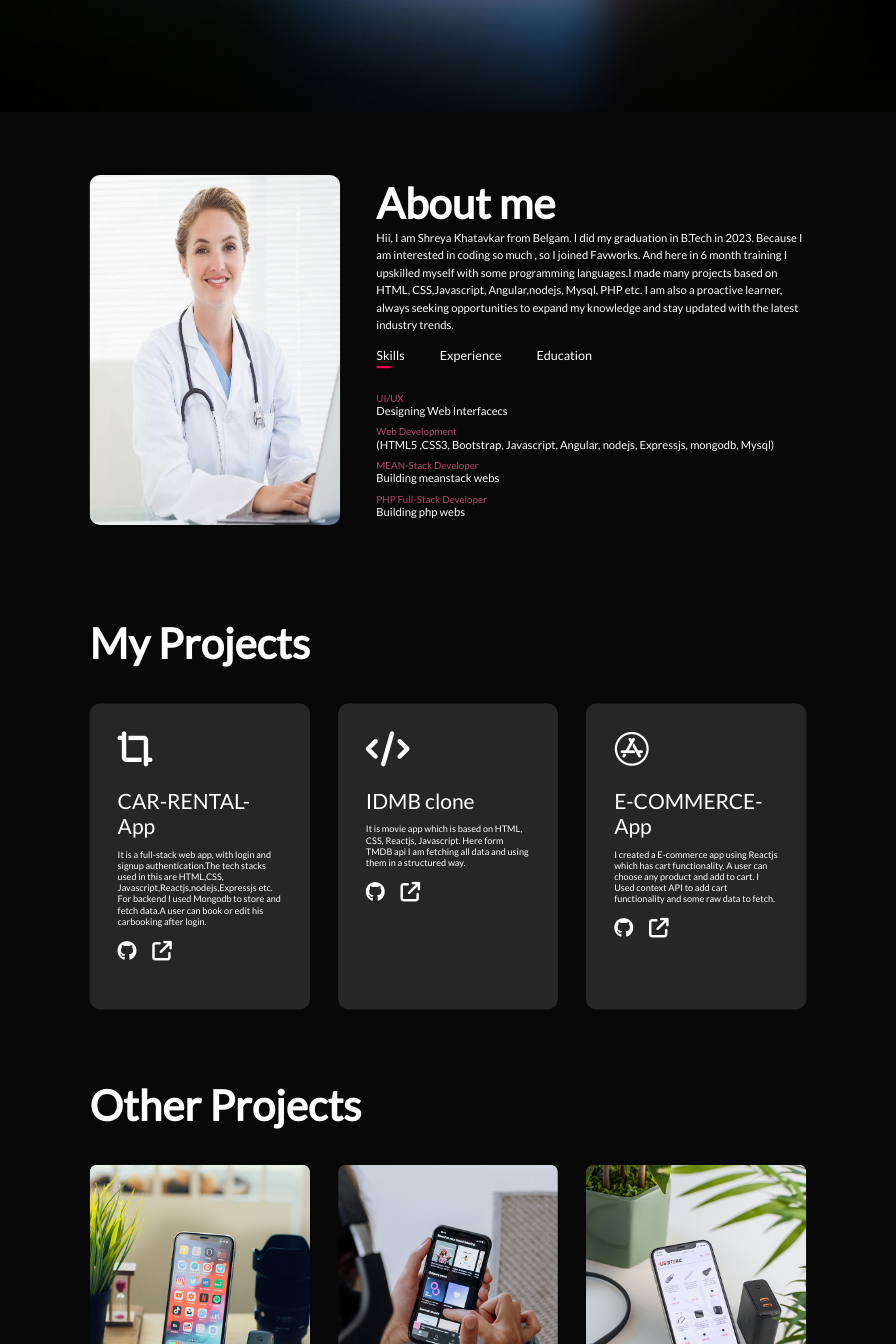
Repository: Shreya-0107/My-Portfoilo
Page: index.html
These files come from the project's save history. The page is drawn as it stood at one moment and after the next save; the edit follows.
The browser window is 1280 px wide. The pictures show the part of the page from y = 560 to 2480 px (the page is 3302 px tall before and 3320 px after), at 70% of full size.
Some web libraries are served in a nearby version.

Above is the page before, as saved 2024-05-03 13:11:58.

After the next save:
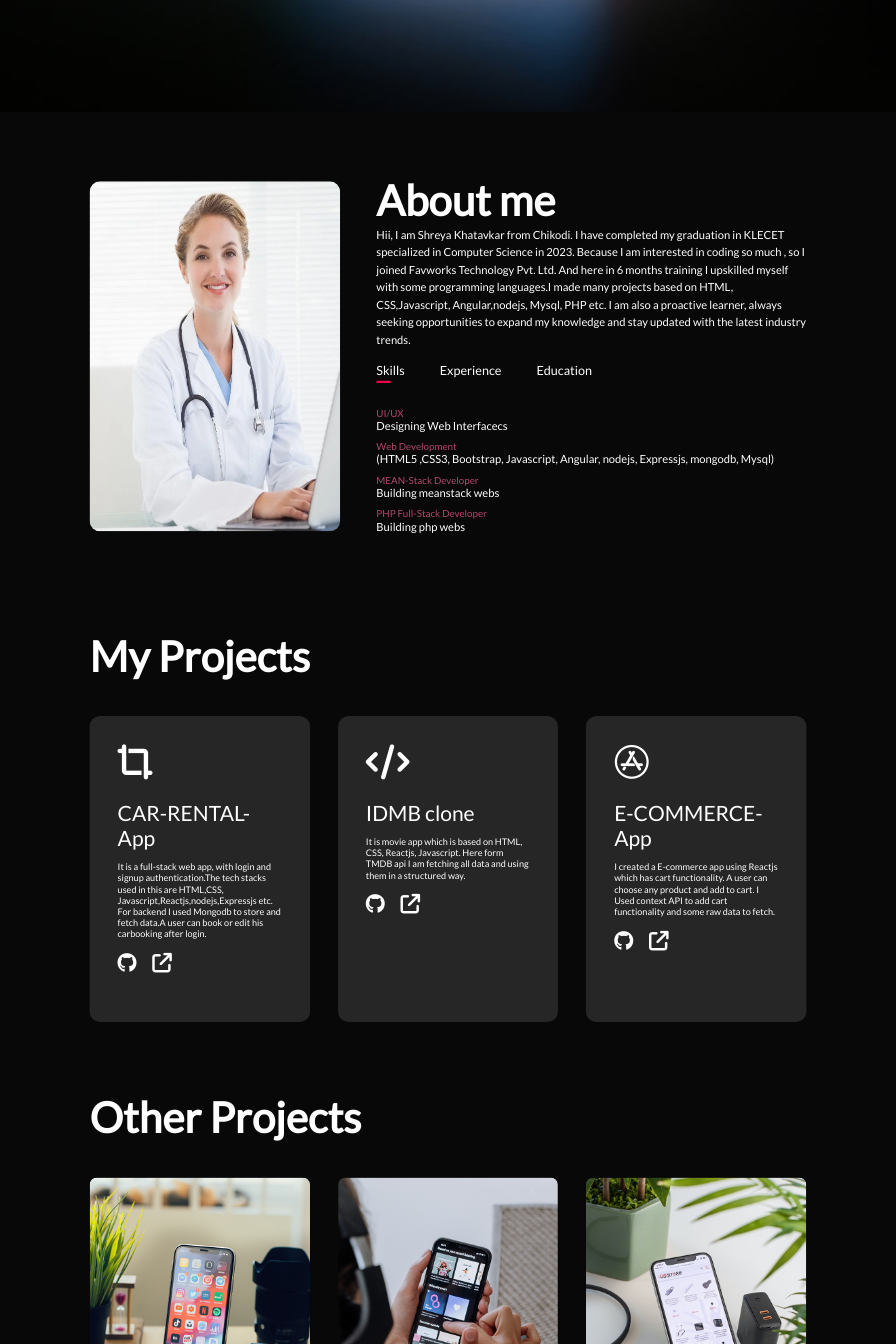
Saved 3 min 7 s later.
--- a/index.html
+++ b/index.html
@@ -48,9 +48,9 @@
                 <div class="about-col-2">
                     <h1 class="subtitle">About me</h1>
                     <p style="line-height: 25px;">
-                        Hii, I am Shreya Khatavkar from Belgam. I did my graduation in B.Tech
+                        Hii, I am Shreya Khatavkar from Chikodi. I have completed my graduation in KLECET specialized in Computer Science
                         in 2023. Because I am interested in coding so much , so I joined
-                        Favworks. And here in 6 month training I upskilled myself with
+                        Favworks Technology Pvt. Ltd. And here in 6 months training I upskilled myself with
                         some programming languages.I made many projects based on HTML,
                         CSS,Javascript, Angular,nodejs, Mysql, PHP etc. I am also a proactive learner,
                         always seeking opportunities to expand my knowledge and stay
